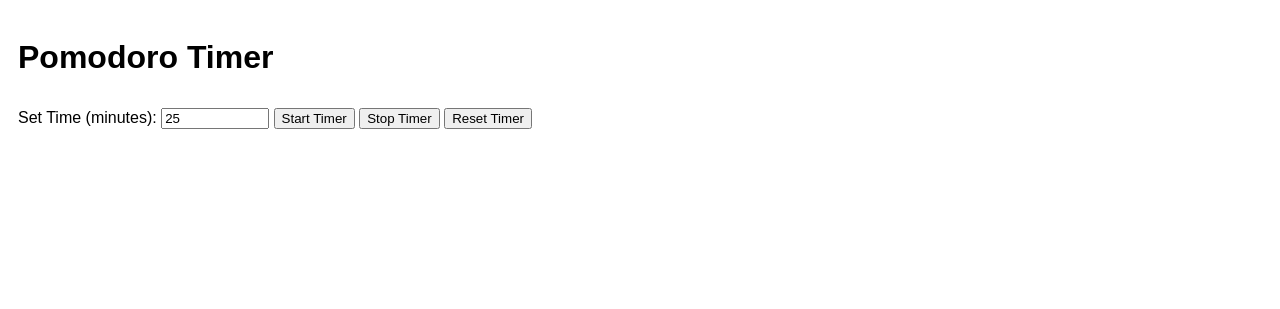
Repository: Prateek09102001/POMODORO-TIMER-UPDATEED-EXTENSIONS
Page: popup.html
These files come from the project's save history. The page is drawn as it stood at one moment and after the next save; the edit follows.
The browser window is 1280 px wide. The pictures show the whole page.

Above is the page before, as saved 2024-09-30 18:52:18.

After the next save:
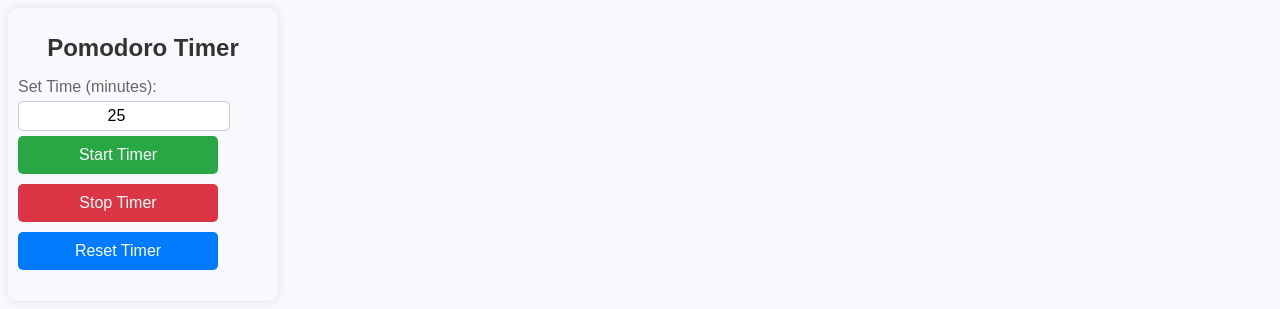
Saved 78 s later.
--- a/popup.html
+++ b/popup.html
@@ -5,9 +5,61 @@
     <meta name="viewport" content="width=device-width, initial-scale=1.0">
     <title>Pomodoro Timer</title>
     <style>
-        body { font-family: Arial, sans-serif; padding: 10px; }
-        input { width: 100px; }
-        button { margin-top: 10px; }
+        body {
+            font-family: 'Arial', sans-serif;
+            padding: 10px;
+            background-color: #f7f9fc;
+            border-radius: 10px;
+            box-shadow: 0 0 10px rgba(0, 0, 0, 0.1);
+            width: 250px;
+        }
+        h1 {
+            font-size: 1.5em;
+            text-align: center;
+            color: #333;
+        }
+        label {
+            display: block;
+            margin: 10px 0 5px;
+            color: #666;
+        }
+        input[type="number"] {
+            width: 80%;
+            padding: 5px;
+            border-radius: 5px;
+            border: 1px solid #ccc;
+            text-align: center;
+            font-size: 1em;
+        }
+        button {
+            width: 80%;
+            padding: 10px;
+            margin: 5px auto;
+            border: none;
+            border-radius: 5px;
+            color: #fff;
+            font-size: 1em;
+            cursor: pointer;
+            transition: background-color 0.3s, transform 0.2s;
+        }
+        #start {
+            background-color: #28a745; /* Green */
+        }
+        #stop {
+            background-color: #dc3545; /* Red */
+        }
+        #reset {
+            background-color: #007bff; /* Blue */
+        }
+        button:hover {
+            transform: scale(1.05);
+        }
+        #status {
+            margin-top: 10px;
+            text-align: center;
+            color: #333;
+            font-weight: bold;
+        }
     </style>
 </head>
 <body>
